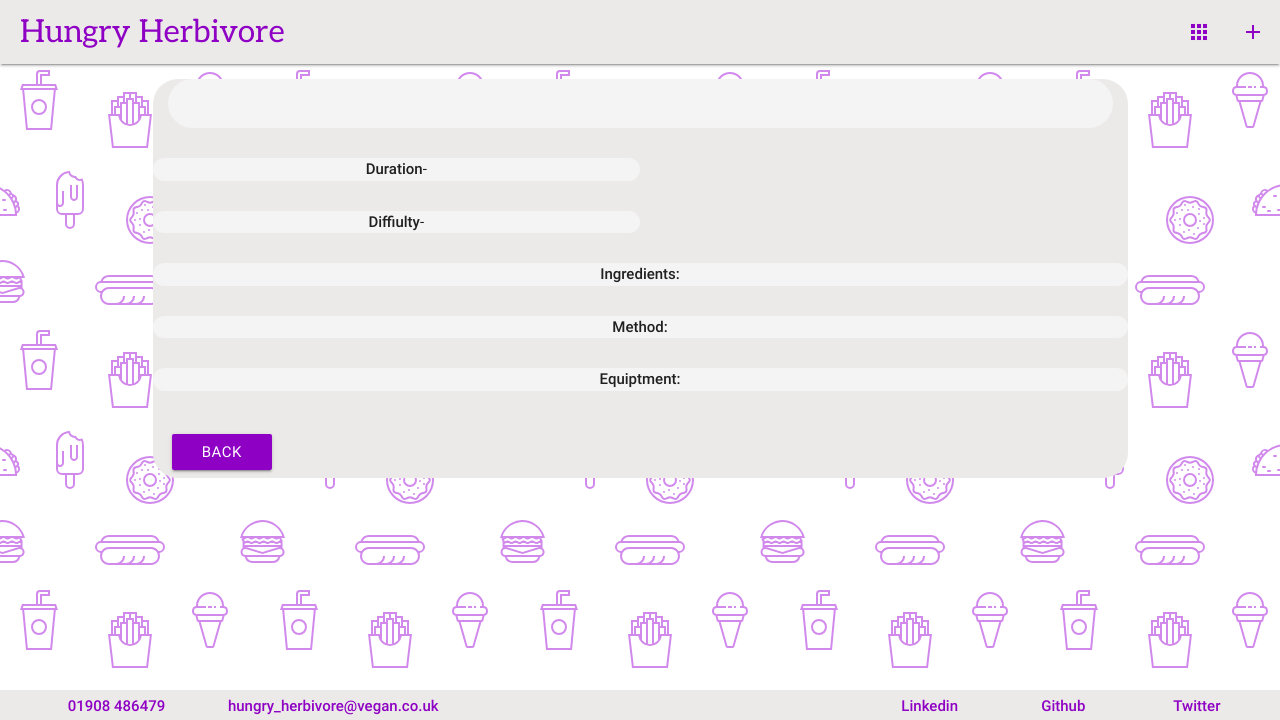
Repository: tgarratt/HungryHerbivore-Milestone3
Page: templates/viewrecipe.html
The author's editor kept a record of every edit. The page is drawn from the files as they stood at one moment, then again after the next edit.
The browser window is 1280 px wide. The pictures show the whole page.
The template is drawn by Flask 3. The application's start-up code is not run. Other server files are loaded and not shown. The template is opened directly, without the code that normally fills it, so the values that code supplies are empty.

Above is the page before.

### templates/viewrecipe.html
{% extends 'parent.html'%} {% block content %}

<div class="page-content">
    <div class="recipe-header row">
        <h2 class="col l12">
            {{recipe.meal_name}}
        </h2>
    </div>
    <div class="row">
        <div class="recipe-content col l6">
            <div><strong>Duration</strong>- {{recipe.meal_time}}</div>
        </div>
        <div class="recipe-content col l6">
            <div><strong>Diffiulty</strong>- {{recipe.difficulty}}</div>
        </div>
        <div class="recipe-content col l12">
            <div><strong>Ingredients:</strong></div>
            <div>{{recipe.meal_ingredients}}</div>
        </div>
        <div class="recipe-content col l12">
            <div><strong>Method:</strong></div>
            <div>{{recipe.meal_method}}</div>
        </div>
        <div class="recipe-content col l12">
            <div><strong>Equiptment:</strong></div>
            <div>{{recipe.meal_requirements}}</div>
        </div>
    </div>
    <div class="row">
        <div class="col l2">
            <a href="{{url_for('get_recipes')}}" class="waves-effect waves-light btn buttons buttons-hover">Back</a>
        </div>
    </div>
</div>

{% endblock %}

### templates/parent.html
<!DOCTYPE html>
<html>

<head>
    <link href="https://fonts.googleapis.com/icon?family=Material+Icons" rel="stylesheet">
    <link href='https://fonts.googleapis.com/css?family=Aleo' rel='stylesheet'>
    <link rel="stylesheet" href="https://cdnjs.cloudflare.com/ajax/libs/materialize/0.100.2/css/materialize.min.css">
    <link rel="stylesheet" href="{{url_for('static', filename='css/style.css')}}" type="text/css" />


</head>

<body>
    <header>
        <nav class="nav-color">
            <div class="nav-wrapper">
                <a href="{{url_for('get_recipes')}}" class="brand-logo nav-text nav-logo">Hungry Herbivore</a>
                <ul class="right hide-on-med-and-down">
                    <li><a href="{{url_for('get_recipes')}}"><i class="material-icons nav-text">apps</i></a></li>
                    <li><a href="{{url_for('add_recipe')}}"><i class="material-icons nav-text">add</i></a></li>
                </ul>
            </div>
        </nav>
    </header>
    {% block content %} {% endblock %}
    <div>
        <footer>
            <div class="footer-text row">
                <div class="col m4 row">
                    <div class="col m6">01908 486479</div>
                    <div class="col m6">hungry_herbivore@vegan.co.uk</div>
                </div>
                <div class="col m4"></div>
                <div class="col m4 row">
                    <a href="https://www.linkedin.com/in/tom-garratt-303284168/">
                        <div class="col m4 footer-hover footer-link">
                            Linkedin
                        </div>
                    </a>
                    <a href="https://github.com/tgarratt">
                        <div class="col m4 footer-hover footer-link">
                            Github
                        </div>
                    </a>
                    <a href="N/A">
                        <div class="col m4 footer-hover footer-link">
                            Twitter
                        </div>
                    </a>
                </div>
            </div>
        </footer>
    </div>
    <script src="https://cdnjs.cloudflare.com/ajax/libs/jquery/3.4.1/jquery.min.js" integrity="sha256-CSXorXvZcTkaix6Yvo6HppcZGetbYMGWSFlBw8HfCJo=" crossorigin="anonymous"></script>
    <script src="https://cdnjs.cloudflare.com/ajax/libs/materialize/0.100.2/js/materialize.min.js"></script>
    <script type="text/javascript" src="display/js/main.js"></script>
    <script type="text/javascript">
        $(document).ready(function() {
            $('.collapsible').collapsible();
            $('select').material_select();
        });
    </script>
</body>

</html>

### static/css/style.css
/*--------------------------------------------- MAIN TAG CLASSES */

body {
    background-color: #ffffff;
    background-image: url("data:[embedded picture, 9922 characters]");
    padding-bottom: 30px;
    margin: 0px;
}

/*--------------------------------------------- GENERAL */

.page-content {
    background-color: #ECE9E9;
    margin-top: 10px;
    margin-bottom: 10px;
    margin-left: auto;
    margin-right: auto;
    width: 65em;
    border-radius: 25px;
}

.buttons {
    margin: 8px;
    background-color: #8E00C3 !important;
}

.buttons-hover:hover {
    background-color: #ECE9E9 !important;
    color: #8E00C3;
    transition: 0.5s;
}

.key-width {
    width: 20%
}

.margin-auto {
    margin: 0 auto;
}

/*--------------------------------------------- NAV BAR */

.nav-logo {
    font-family: 'Aleo';
    margin-left: 20px;
}

.nav-text {
    color: #8E00C3 !important;
}

.nav-color {
    background-color: #ECE9E9 !important;
}

/*--------------------------------------------- RECIPES */

.icon-size {
    font-size: 150%;
}

/*--------------------------------------------- KEY */

.novice {
    color: #00e676 !important;
}

.competent {
    color: #4fc3f7 !important;
}

.intermediate {
    color: #ffa000 !important;
}

.advanced {
    color: #d32f2f !important;
}

.professional {
    color: #000000 !important;
}

.key-content {
    background-color: #ECE9E9;
    margin-top: 10px;
    margin-bottom: 10px;
    margin-left: auto;
    margin-right: auto;
    width: 50%;
    border-radius: 10px;

}

.key-info {
    font-size: 75%;
    margin: 0 auto;
    display: inline-block;
}


.key-text {
    text-align: center;
}

/*--------------------------------------------- MODIFY RECIPE */

.button-delete {
    margin: 8px;
    background-color: #bb2124!important;
}

.delete-interact:hover {
    background-color: #F92E32 !important;
}

/*--------------------------------------------- VIEW RECIPE */

.recipe-header {
    text-align: center;
    background-color: #F4F4F4;
    margin: 15px;
    border-radius: 25px;
}

.recipe-content {
    margin: 15px;
    background-color: #F4F4F4;
    width: 85%;
    border-radius: 25px;
    text-align: center;
    float: left;
}

/*--------------------------------------------- FOOTER */

footer {
    width: 100%;
    background-color: #ECE9E9;
    color: #8E00C3;
    position: fixed;
    left: 0px;
    bottom: 0px;
    height: 30px;
}

.footer-text {
    text-align: center;
    font-weight: 500;
    margin: 5px;
}

.footer-hover:hover {
    color: #BB2FF1 !important;
}

.footer-link {
    text-decoration: none;
    color: #8E00C3 !important;
}

Loaded but not shown: static/js/main.js (no copy from this time; the picture is the same without it)

After the next edit:
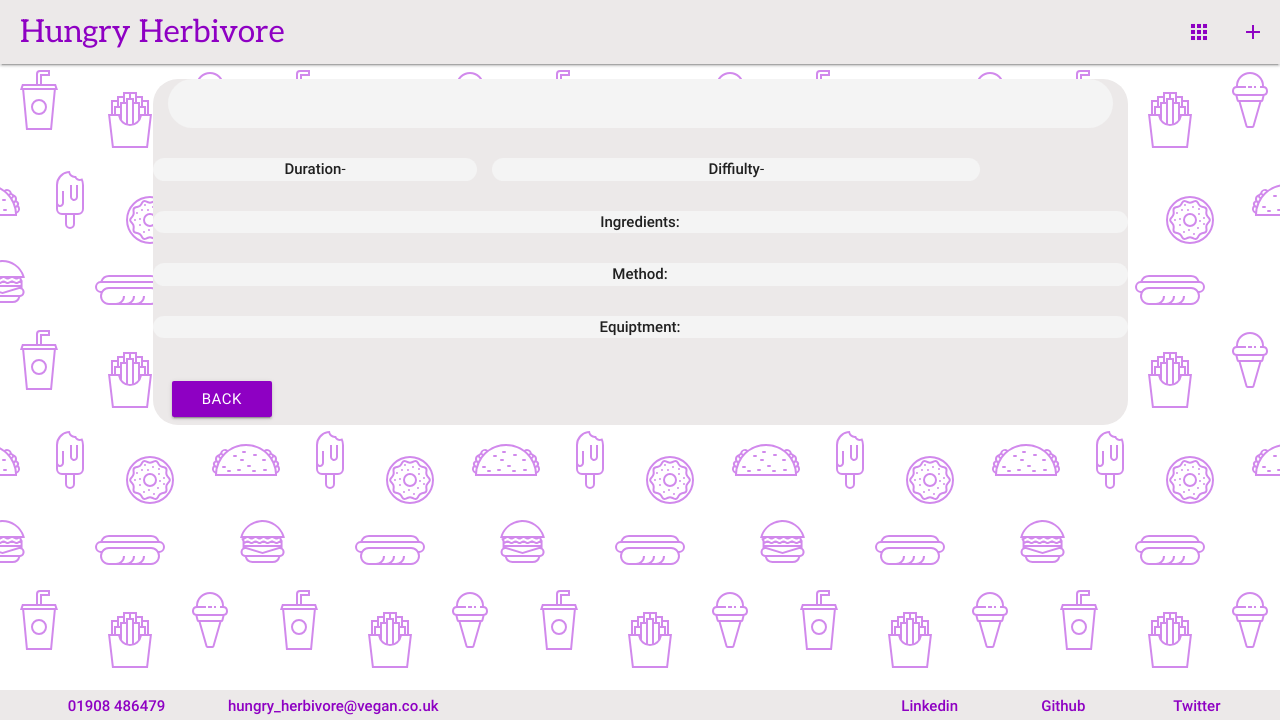
The edit:
--- a/templates/viewrecipe.html
+++ b/templates/viewrecipe.html
@@ -7,7 +7,7 @@
         </h2>
     </div>
     <div class="row">
-        <div class="recipe-content col l6">
+        <div class="recipe-content col l4">
             <div><strong>Duration</strong>- {{recipe.meal_time}}</div>
         </div>
         <div class="recipe-content col l6">
